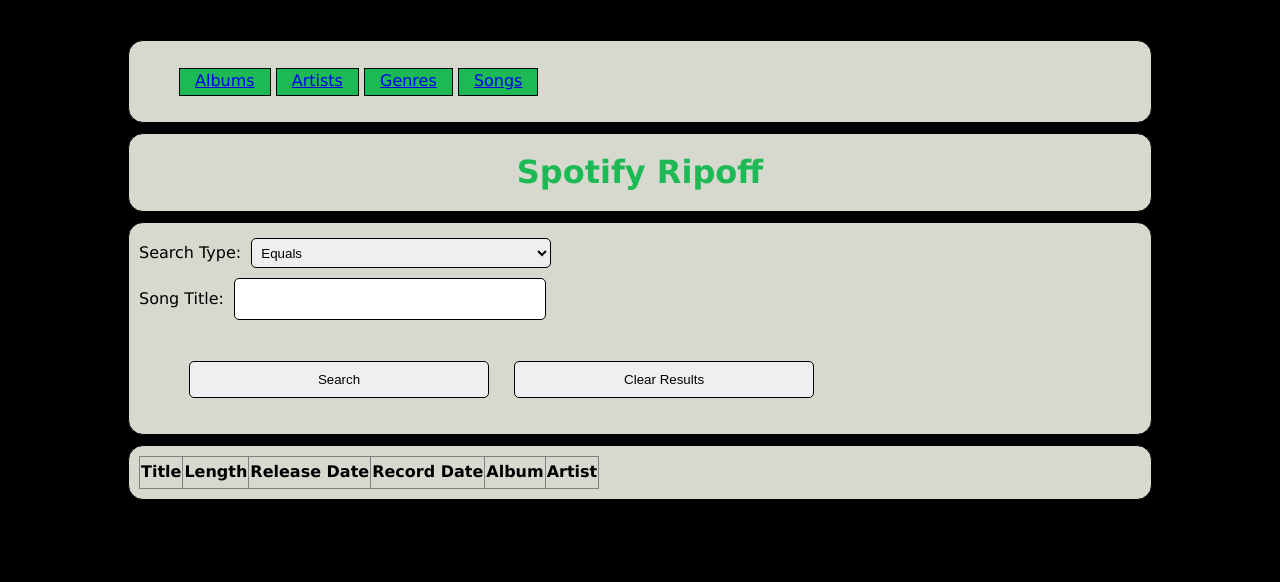
Repository: RRGTHWAR/bkg16_INFSCI1017
Page: bkg16_Music_FinalProject/WebContent/song.html
An editor plug-in stored every save of this project. The page is shown before and after the next save, followed by the edit.
The browser window is 1280 px wide. The pictures show the whole page.

Above is the page before, as saved 2019-04-14 13:40:37.

After the next save:
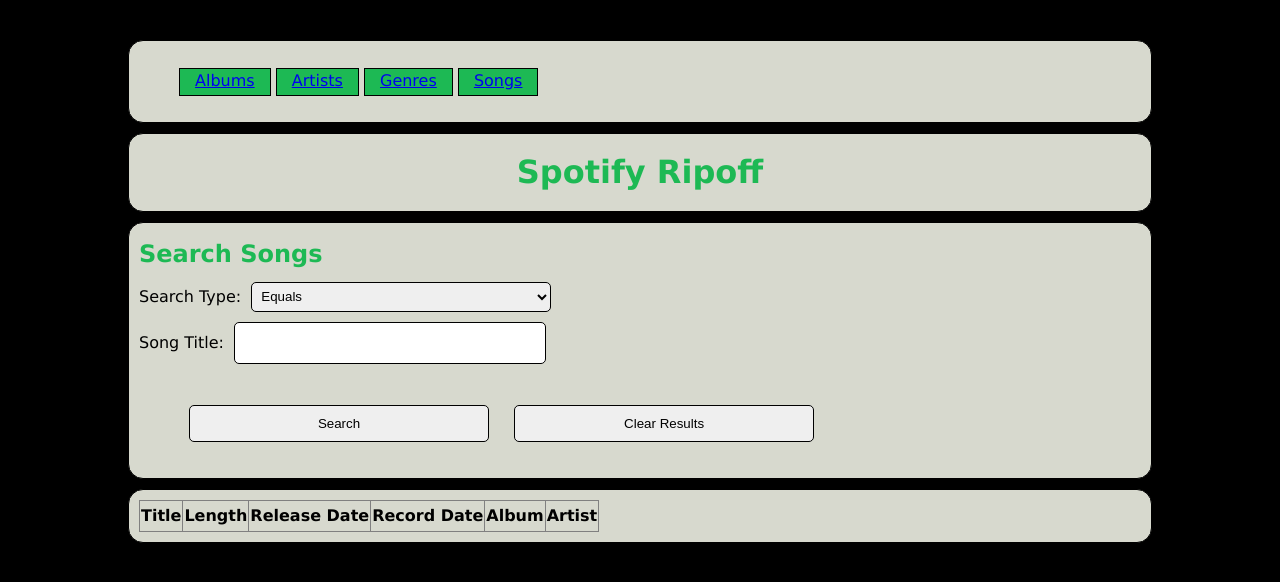
Saved 16 s later.
--- a/bkg16_Music_FinalProject/WebContent/song.html
+++ b/bkg16_Music_FinalProject/WebContent/song.html
@@ -17,6 +17,7 @@
 	</div>
 	<h1 id="mainHeader" >Spotify Ripoff</h1>
 	<div id="songSearch" class="searchBox" >
+		<h2>Search Songs</h2>
 		<div>
 			Search Type:
 			<select name="searchType" id="searchType" class="textField">
